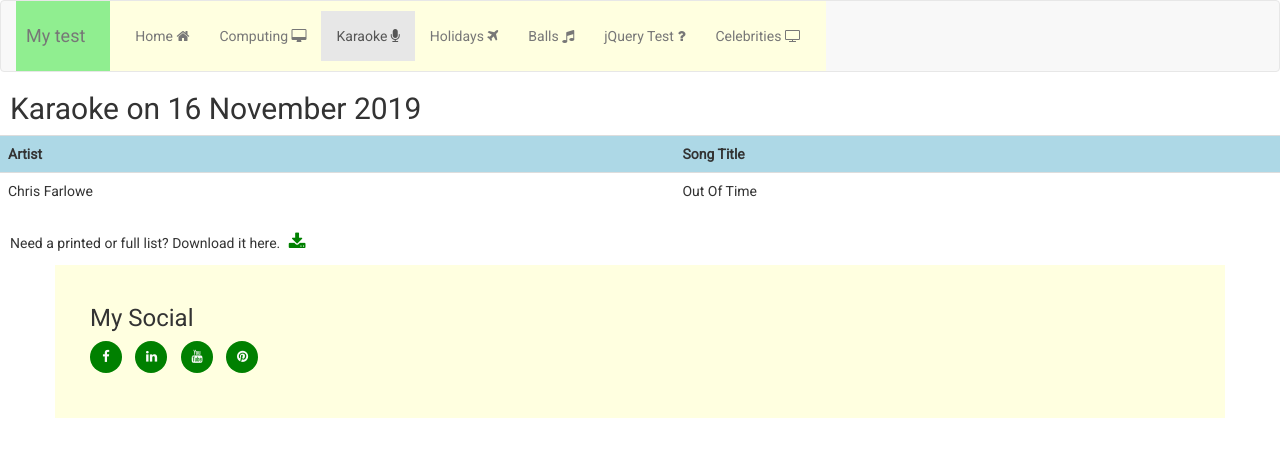
Repository: derektypist/bootstrap
Page: karaoke.html
The author's editor kept a record of every edit. The page is drawn from the files as they stood at one moment, then again after the next edit.
The browser window is 1280 px wide. The pictures show the whole page.

Above is the page before.

After the next edit:
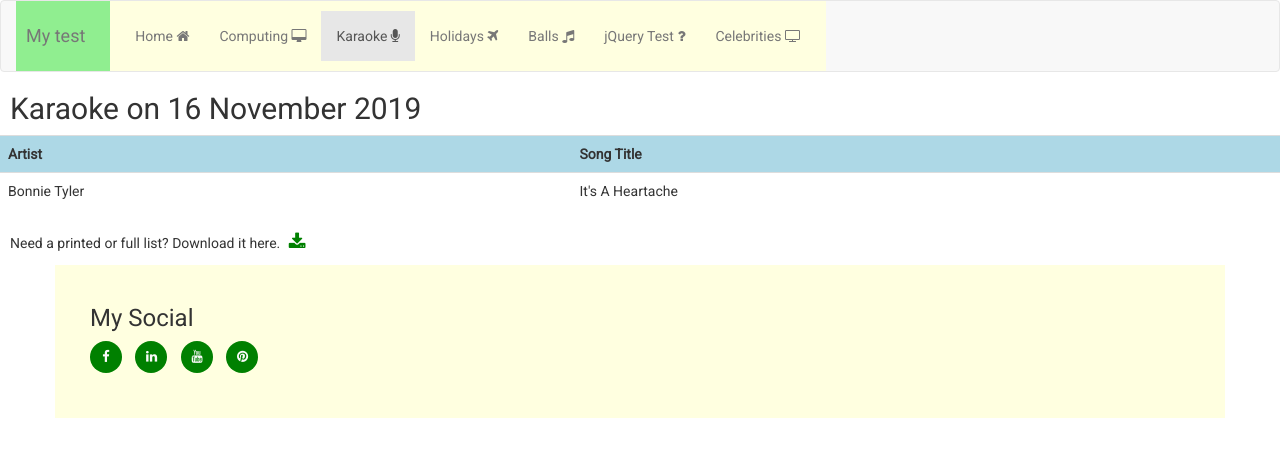
The edit:
--- a/karaoke.html
+++ b/karaoke.html
@@ -43,8 +43,8 @@
                 </tr>
 
                 <tr>
-                    <td>Chris Farlowe</td>
-                    <td>Out Of Time</td>
+                    <td>Bonnie Tyler</td>
+                    <td>It's A Heartache</td>
                 </tr>
 
 
